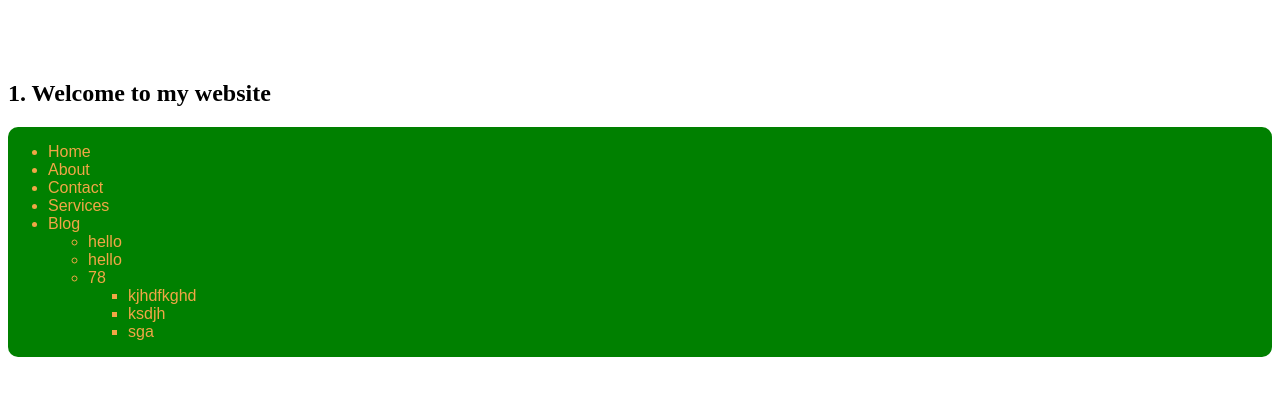
Repository: phulkeshwarmahto/CompleteJS
Page: index.html
The author's editor kept a copy of each file at every save. The page is drawn from the files as they stood at one save, then again after a run of saves.
The browser window is 1280 px wide. The pictures show the whole page.

Above is the page before, as saved 2025-06-25 12:47:23.

### index.html
<!DOCTYPE html>
<html lang="en">
<head>
    <meta charset="UTF-8">
    <meta name="viewport" content="width=device-width, initial-scale=1.0">
    <title>Document</title>
    <link rel="stylesheet" href="style.css">
</head>
<body>
    <h1 style="visibility: hidden;">1. Welcome to my website</h1>
    <h2>1. Welcome to my website</h2>
    <div id="list" ><ul>
        <li>Home</li>
        <li>About</li>
        <li>Contact</li>
        <li>Services</li>
        <li>Blog</li>
        <div name="jsw"><ul><li>
            hello
            <li>hello
                <li>78<ul class="list-unstyled">
                    <li>
                        kjhdfkghd
                    </li>
                    <li>ksdjh</li>
                    <li>sga</li>
                </ul></li>
            </li>
        </li></ul></div>
    </ul></div>
    <!-- <h1 id="myH">I am learning JavaScipt
    </h1>
    <p id="myP">this is an example <p>hello this is me</p></p>
    <p class="para" >today is monday and I am learnig DOM in js</p>
    <button onclick="window.print()">Click here to Print</button>
    <p >this is another paragraph</p>
    <p >this is another paragraph</p> -->
</body>
<script src="first.js">
</script>
<script src="DocumentObjectModel(DOM).js"></script>
</html>

### style.css
#list{
    width: 100%;
    height: 100%;
    overflow: auto;
    background-color: #f0f0f0;
    color: rgb(240, 166, 70);
    font-family: Arial, sans-serif;
    border: solid-Black 1px;
    border-radius: 10px;
}

### DocumentObjectModel(DOM).js
/* DOM = it is a programming interface for HTML and XML documents.
It represents the structure of a document as a tree of objects, allowing scripts to access and manipulate the content, structure, and style of a document.
The DOM provides a way to interact with the document, allowing developers to create dynamic web pages and applications by modifying the document structure, style, and content in response to user actions or other events.

 The DOM is language-agnostic, meaning it can be used with various programming languages, but it is most commonly associated with JavaScript in web development.
The DOM is a standard that defines the structure and behavior of documents, and it is implemented by web browsers to provide a consistent interface for developers to work with HTML and XML documents.
The DOM is a tree-like structure where each node represents a part of the document, such as an element, attribute, or text content.
The DOM provides methods and properties to traverse the document tree, access and modify elements, attributes, and text content, and respond to events such as user interactions.
The DOM is an essential part of web development, enabling developers to create interactive and dynamic web applications by manipulating the document structure and content in real-time.


/*  structutre of the DOM
+-----------+
|  window   |
+-----------+
     |
+-----------+
| document  |
+-----------+
     |
+-----------+
|   html    |
+-----------+
   /     \
 /         \
v           v
+------+   +------+
| head |   | body |
+------+   +------+
  |          |   \
  |          |    \
  v          v     v
+------+   +------+ +--------+
| meta |   |  div | | script |
+------+   +------+ +--------+
| meta |     |
+------+     v
|title |  +------+------+---+
+------+  | img, h1, p, div |
| link |  +-------------+---+
+------+

all boxes are nodes and also a objects in the DOM.
Each node can have attributes, child nodes, and text content.
*/

// Accessing the global object and document object in the browser environment

// console.dir(window); // window is the global object in the browser environment
// console.dir(document); // document is a property of the window object, representing the DOM of the current page
// console.dir(document.documentElement); // Represents the root element of the document (usually <html>)
// console.dir(document.head); // Represents the <head> element of the document
// console.dir(document.body); // Represents the <body> element of the document

// let word = document.getElementById("myH")
// console.dir(word); // Accessing an element by its ID
// console.dir(word.innerHTML); // Accessing the inner HTML of the element
// console.log(word.tagName); // Logging the tag name of the element (e.g., "H1")

// let elements = document.getElementsByClassName("para");
// console.dir(elements); // Accessing elements by their class name
// console.log(elements); // Logging the HTMLCollection of elements with the class "para"

// let paragraphs = document.getElementsByTagName("p");
// console.dir(paragraphs); // Accessing all <p> elements in the document
// console.log(paragraphs); // Logging the HTMLCollection of <p> elements

// // querySelector and querySelectorAll
// let firstPara = document.querySelector("p"); // Selects the first <p> element in the document
// console.dir(firstPara); // Logging the first <p> element
// console.log(firstPara); // Logging the first <p> element
// let allParas = document.querySelectorAll("p"); // Selects all <p> elements in the document
// console.dir(allParas); // Logging the NodeList of all <p> elements
// console.log(allParas); // Logging the NodeList of all <p> elements

// // element tags?
// console.log(document.body.firstChild); // Accessing the first child of the body element
// console.log(document.body.lastChild); // Accessing the last child of the body element
// let child = document.querySelector("p").children; // Accessing the children of the first paragraph element
// console.dir(child); // Logging the HTMLCollection of children of the first <div> element
// console.log(child); // Logging the HTMLCollection of children of the first <div> element

//
// let div = document.querySelector("div"); // Selecting the first <div> element
// console.dir(div); // Logging the <div> element
// console.log(div); // Logging the <div> element
// console.log(div.innerText) ; // Accessing the inner text of the <div> element
// console.log(div.innerHTML); // Accessing the inner HTML of the <div> element
// console.log(div.textContent); // Accessing the text content of the <div> element even id content is not visible
// // console.log(div.innerText =  "Hello World!"); // Modifying the inner text of the <div> element
// // console.log(div.innerHTML = "<h1>Hello World!</h1>"); // Modifying the inner HTML of the <div> element
// let heading = document.querySelector("h2"); // Selecting the first <h2> element
// console.dir(heading); // Logging the <h2> element
// console.log(heading); // Logging the <h2> element
// console.log(heading.innerText = "2.Welcome to my website"); // Accessing the inner text of the <h2> element
// console.log(heading.innerHTML = "<h1>Welcome to my website</h1>"); // Modifying the inner HTML of the <h2> element

// let heading2 = document.querySelector("h1"); // Selecting the first <h2> element
// console.dir(heading2); // Logging the <h1> element
// console.log(heading2); // Logging the <h1> element
// console.log(heading2.innerText ); // Accessing the inner text of the <h1> element
// console.log("");
// console.log(heading2.textContent); // Modifying the text content of the <h2> element

// let div = document.querySelector("div")
// console.log(div);

// let id = div.getAttribute("id");
// console.log(id);

// let name = div.getAttribute("name");
// console.log(name);

// let setId = div.setAttribute("id","newId");

// console.log(setId); // Setting a new id attribute for the <div> element
// let setName = div.setAttribute("name","newName");
// console.log(setName); // Setting a new name attribute for the <div> element


let div = document.querySelector("div");
console.log(div.style); // Accessing the style property of the <div> element
console.log(div.style.color); // Accessing the color style of the <div> element
console.log(div.style.backgroundColor = "green"); // Accessing the background color style of the <div> element
console.log(div.style.fontSize); // Accessing the font size style of the <div>
console.log(div.style.fontWeight); // Accessing the font weight style of the <div>

Loaded but not shown: first.js (no copy from this time; the picture is the same without it)

After the next 4 saves:
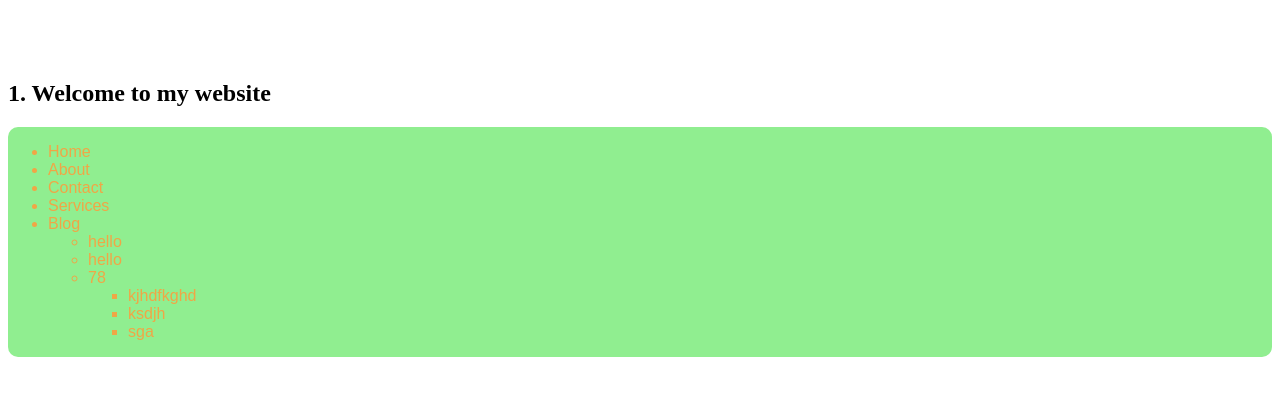
The 4 saves are shown as one change because they came seconds apart.
The last was saved 11 s later.
--- a/DocumentObjectModel(DOM).js
+++ b/DocumentObjectModel(DOM).js
@@ -121,6 +121,6 @@ Each node can have attributes, child nodes, and text content.
 let div = document.querySelector("div");
 console.log(div.style); // Accessing the style property of the <div> element
 console.log(div.style.color); // Accessing the color style of the <div> element
-console.log(div.style.backgroundColor = "green"); // Accessing the background color style of the <div> element
+console.log(div.style.backgroundColor = "lightgreen"); // Accessing the background color style of the <div> element
 console.log(div.style.fontSize); // Accessing the font size style of the <div>
 console.log(div.style.fontWeight); // Accessing the font weight style of the <div>
